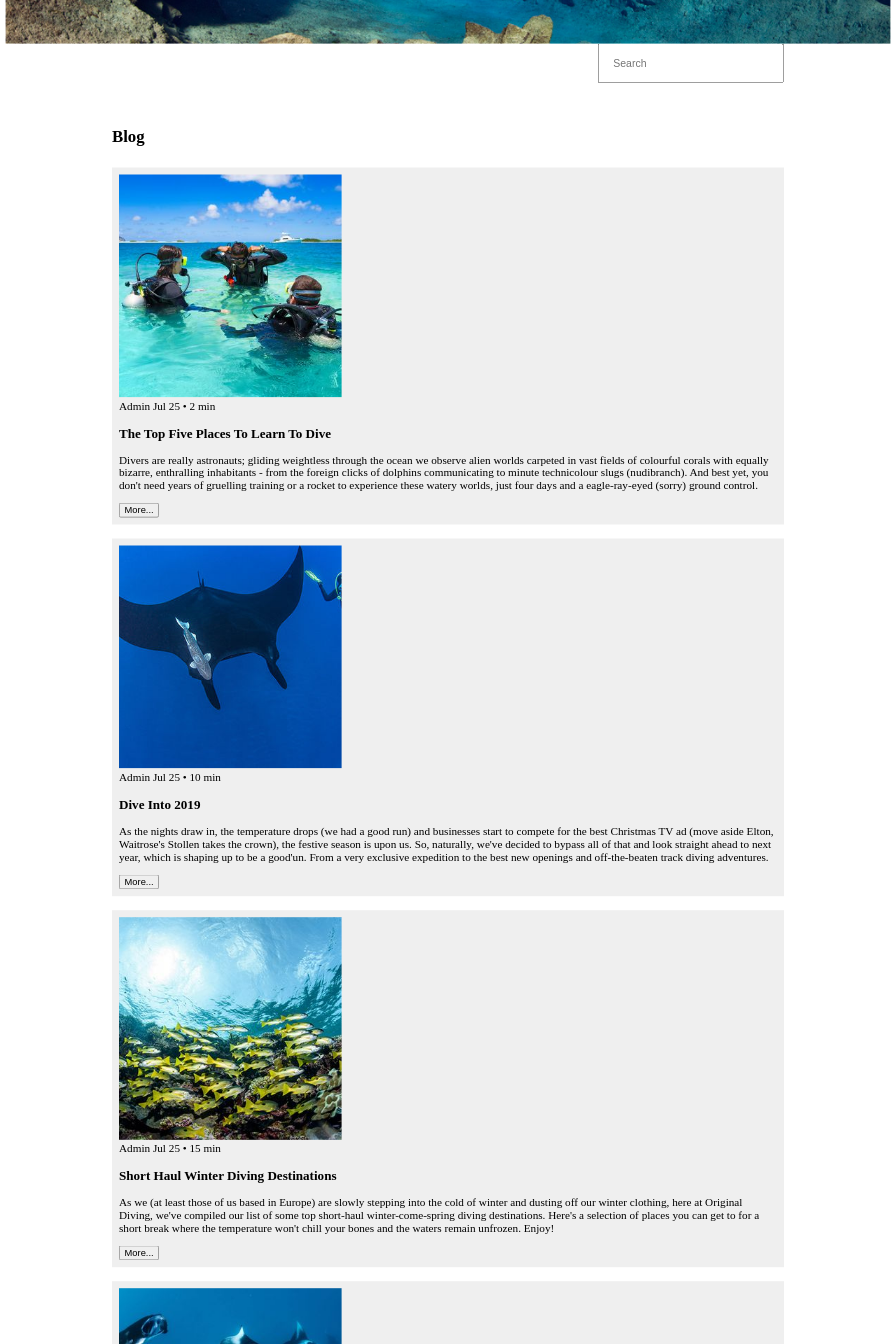
Repository: M1shkaBear/FLX
Page: FLX_homework_3/homework/index.html
An editor plug-in stored every save of this project. The page is shown before and after the next save, followed by the edit.
The browser window is 1280 px wide. The pictures show the part of the page from y = 665 to 2585 px (the page is 4689 px tall before and 8421 px after), at 70% of full size.
The style sheet was rebuilt from its Sass, Less or Tailwind sources for each picture, by a compiler version that may differ from the author's.

Above is the page before, as saved 2019-01-26 16:41:36.

After the next save:
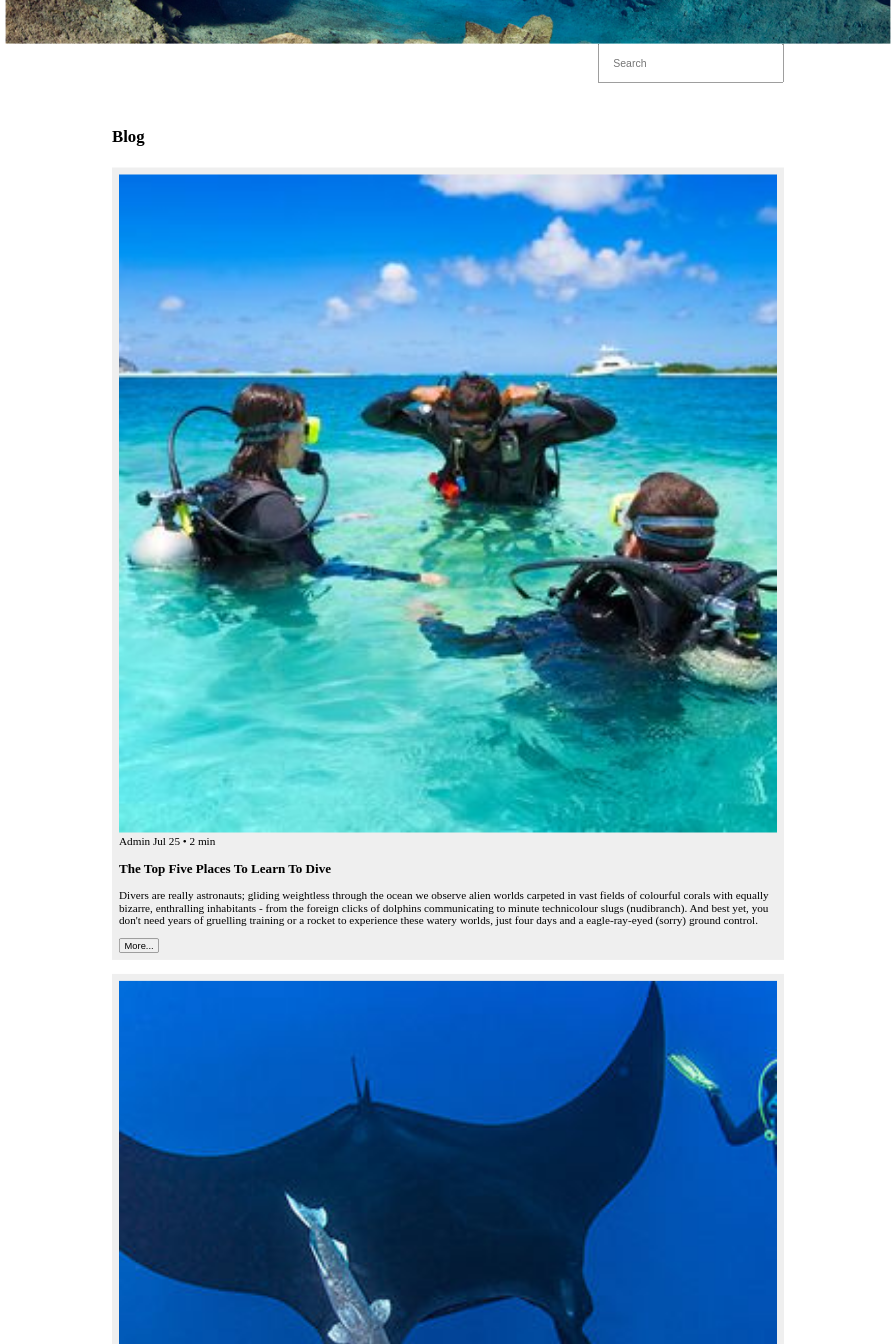
Saved 35 s later.
--- a/FLX_homework_3/homework/scss/_main.scss
+++ b/FLX_homework_3/homework/scss/_main.scss
@@ -78,5 +78,9 @@ header {
   article {
     padding: 10px;
     margin: 10px 0 10px 0;
+    img {
+      width: 100%;
+      height: auto;
+    }
   }
 }
